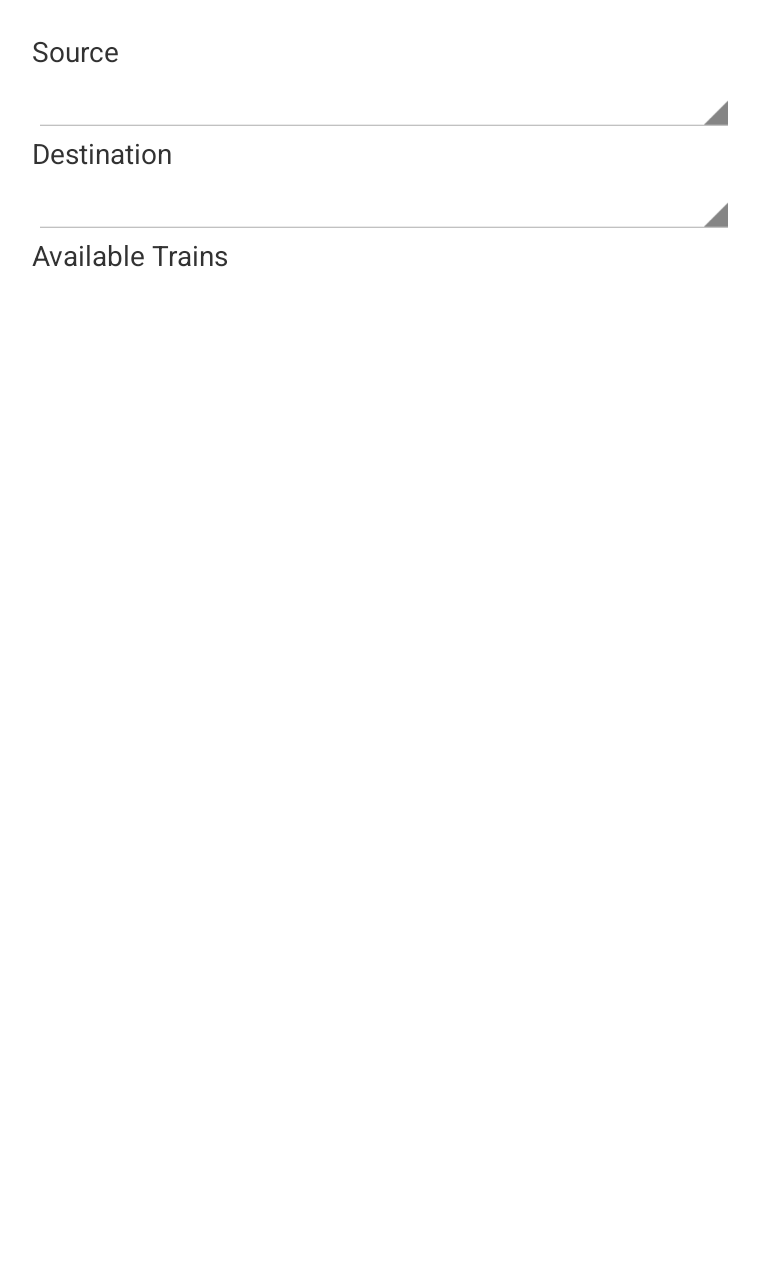
Repository: sunnypatel/Classwork
Layout: Senior Yr/Winter/cs275/assignment2/septa_assignment2/res/layout/activity_main.xml
The author's editor kept a copy of each file at every save. The layout is drawn from the files as they stood at one save, then again after the next save.
It is drawn on a 768 x 1280 px phone screen (xhdpi) without system bars, with theme AppTheme; the app's code is not run. Lists and similar views that code fills are empty.

Above is the layout before, as saved 2014-03-06 00:38:30.

After the next save:
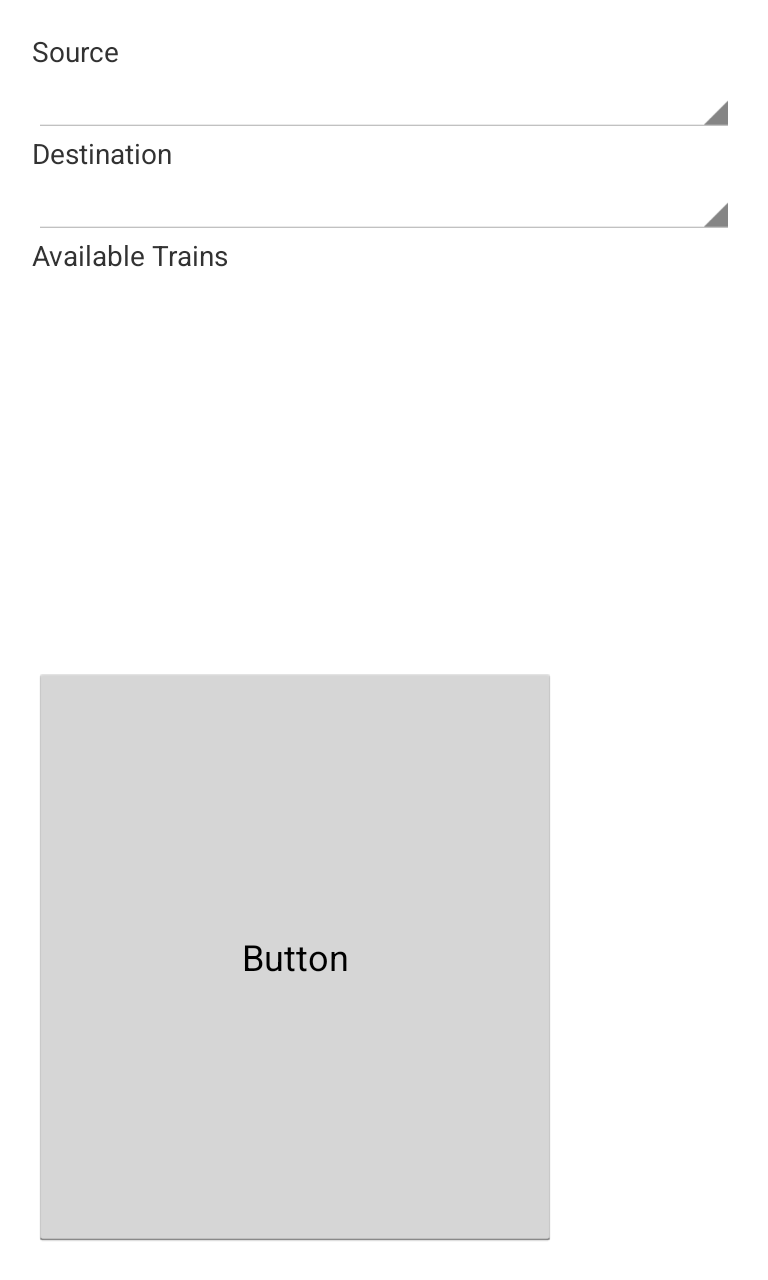
Saved 13 min 27 s later.
--- a/Senior Yr/Winter/cs275/assignment2/septa_assignment2/res/layout/activity_main.xml
+++ b/Senior Yr/Winter/cs275/assignment2/septa_assignment2/res/layout/activity_main.xml
@@ -49,15 +49,21 @@
                 android:layout_width="wrap_content"
                 android:layout_height="wrap_content"
                 android:text="@string/availableTrains" />
-
         </LinearLayout>
 
         <ListView
             android:id="@+id/availableTrains_list"
             android:layout_width="match_parent"
-            android:layout_height="wrap_content" >
+            android:layout_height="196dp" >
         </ListView>
 
+        <Button
+            android:id="@+id/button1"
+            android:layout_width="match_parent"
+            android:layout_height="wrap_content"
+            android:layout_marginRight="89dp"
+            android:layout_weight="0.91"
+            android:text="Button" />
     </LinearLayout>
 
 </RelativeLayout>
